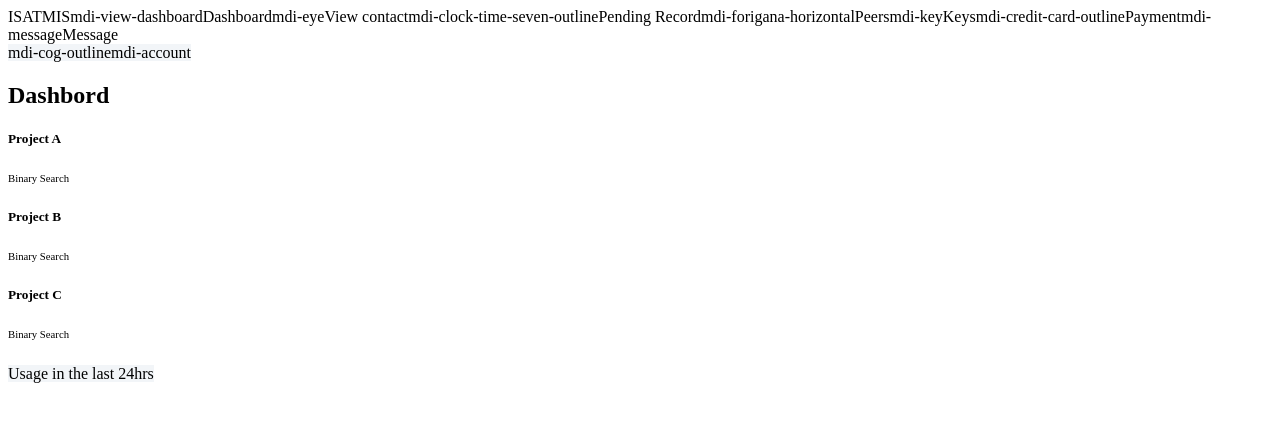
Repository: umarrg/isatmis
Page: /home
An editor plug-in stored every save of this project. The page is shown before and after the next save, followed by the edit.
The browser window is 1280 px wide. The pictures show the whole page.
The project was rebuilt for these pictures with package versions that can differ from the ones it lists, and the page was loaded fresh each time. Also part of the build but not shown: vue.config.js. Imported but missing from the stored project, and not drawn on this page: src/plugins/vuetify.

Above is the page before, as saved 2021-01-26 00:50:47.

After the next save:
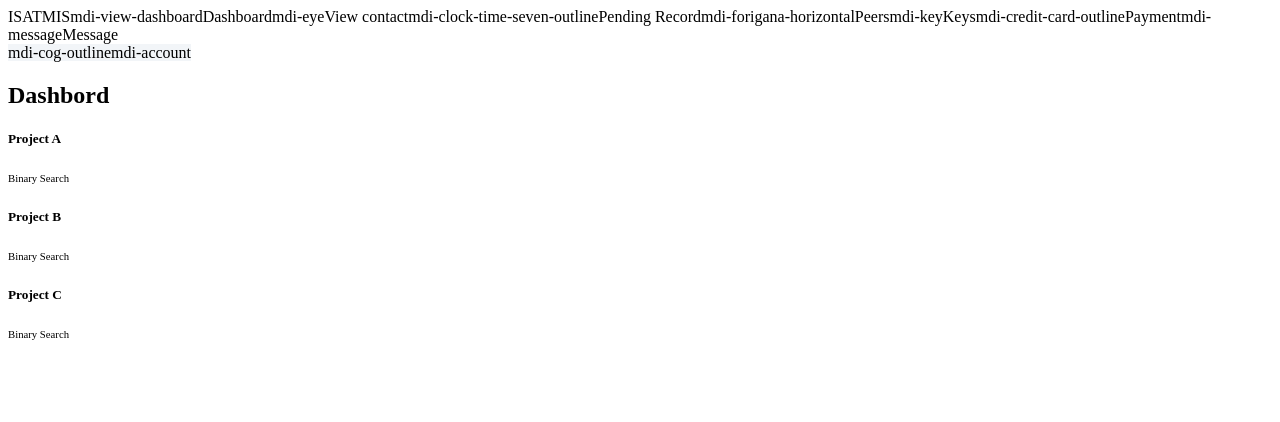
Saved 7 s later.
--- a/src/views/Home.vue
+++ b/src/views/Home.vue
@@ -56,24 +56,7 @@
           </v-col>
         </v-row>
 
-        <v-col cols="12" lg="12" md="12" sm="12" class="pa-2 pt-0">
-          <v-card outlined tile>
-            <template>
-              <div class="chart">
-                <GChart
-                  type="LineChart"
-                  :data="chartData"
-                  :options="chartOptions"
-                />
-              </div>
-            </template>
-            <v-card-text>
-              <span class="text-center">
-                Usage in the last 24hrs
-              </span></v-card-text
-            >
-          </v-card>
-        </v-col>
+
 
       </v-col>
     </v-container>
